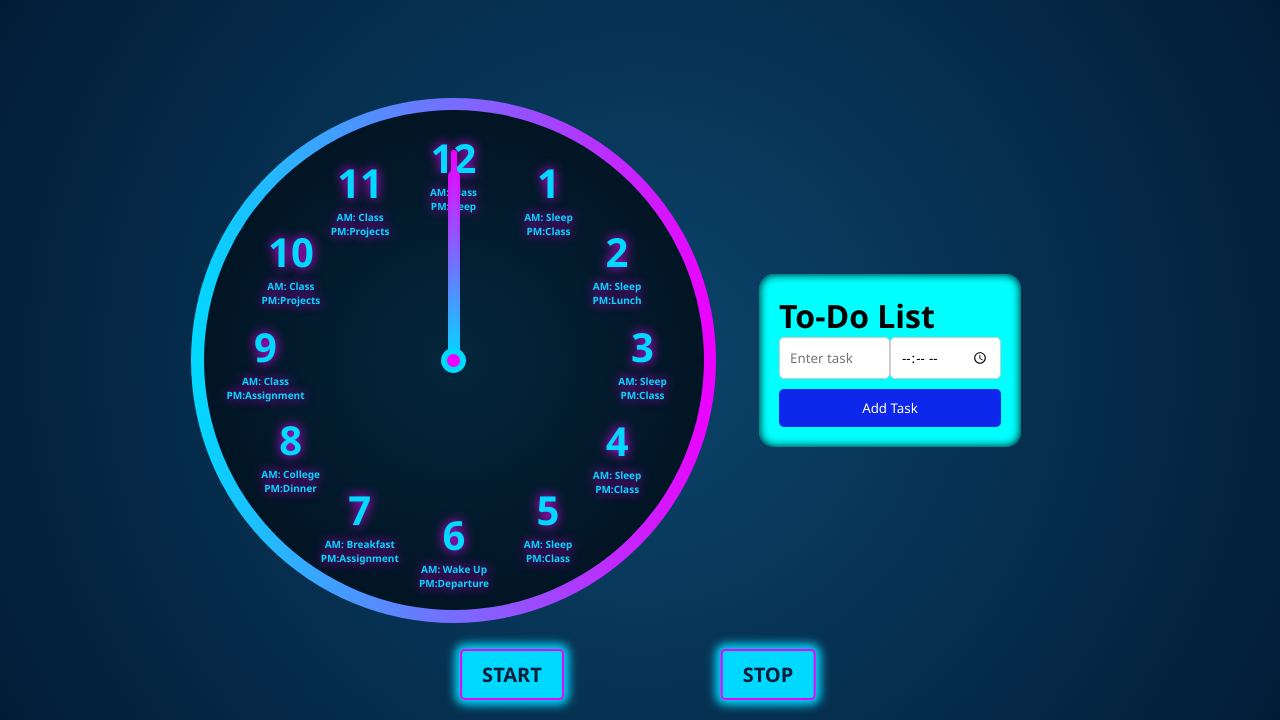
Repository: Suryansh-D/Cool-Clock
Page: index.html
The author's editor kept a copy of each file at every save. The page is drawn from the files as they stood at one save, then again after a run of saves.
The browser window is 1280 px wide. The pictures show the whole page.

Above is the page before, as saved 2024-01-30 18:46:54.

After the next 2 saves:
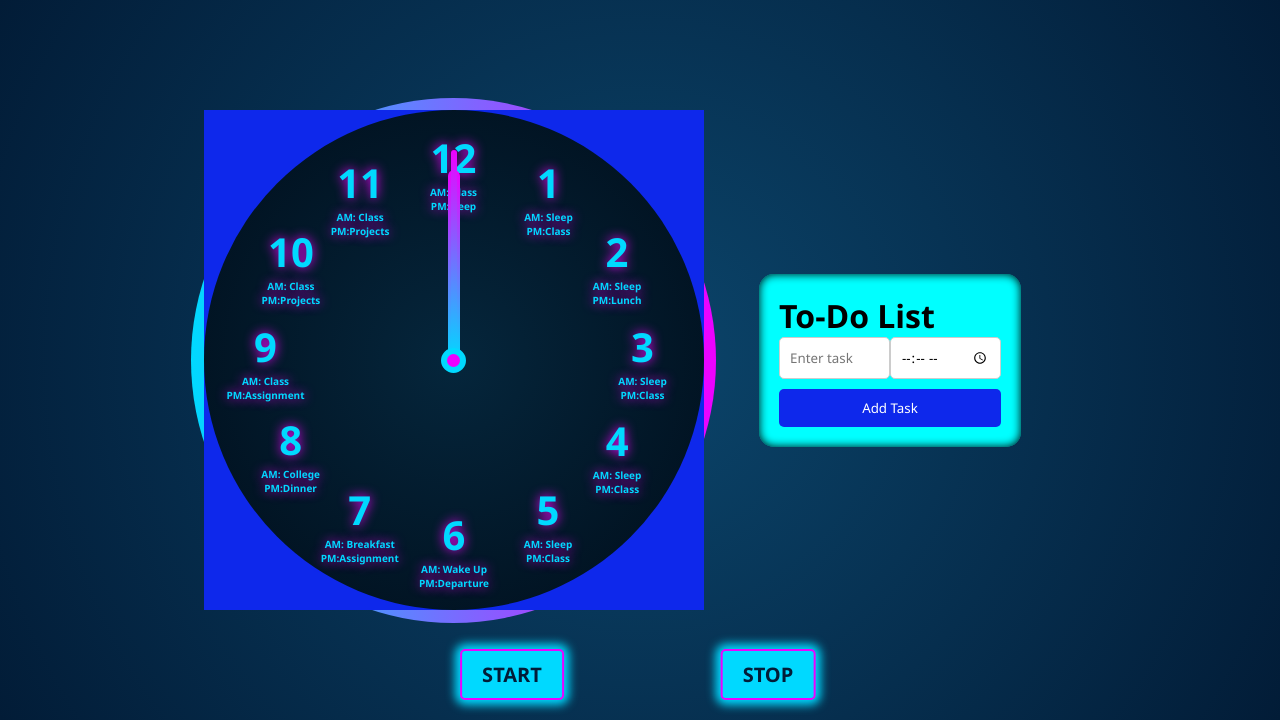
The 2 saves are shown as one change because they came seconds apart.
The last was saved 6 s later.
--- a/style.css
+++ b/style.css
@@ -194,4 +194,6 @@
     justify-content: space-between;
     align-items: center;
   }
-  .ghadi
+  .ghadi{
+    background-color: #0e28eb;
+  }

After the save that followed:
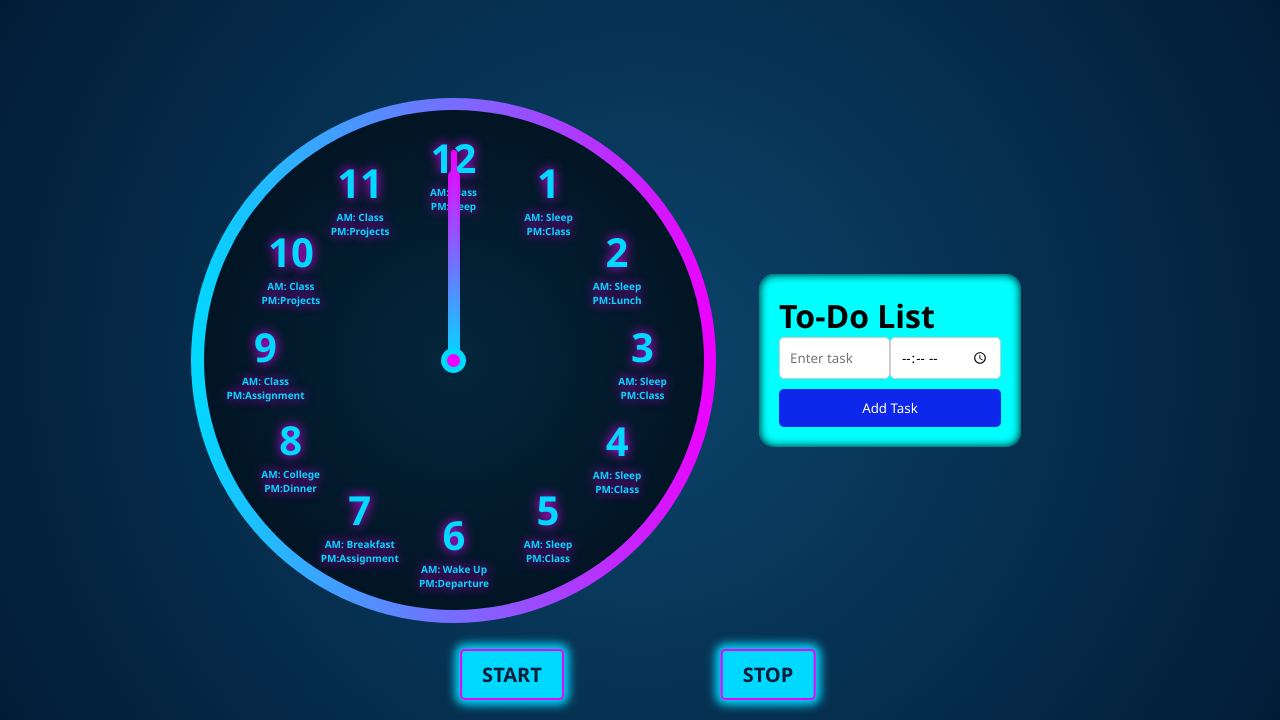
Saved 7 s later.
--- a/style.css
+++ b/style.css
@@ -195,5 +195,5 @@
     align-items: center;
   }
   .ghadi{
-    background-color: #0e28eb;
+
   }
